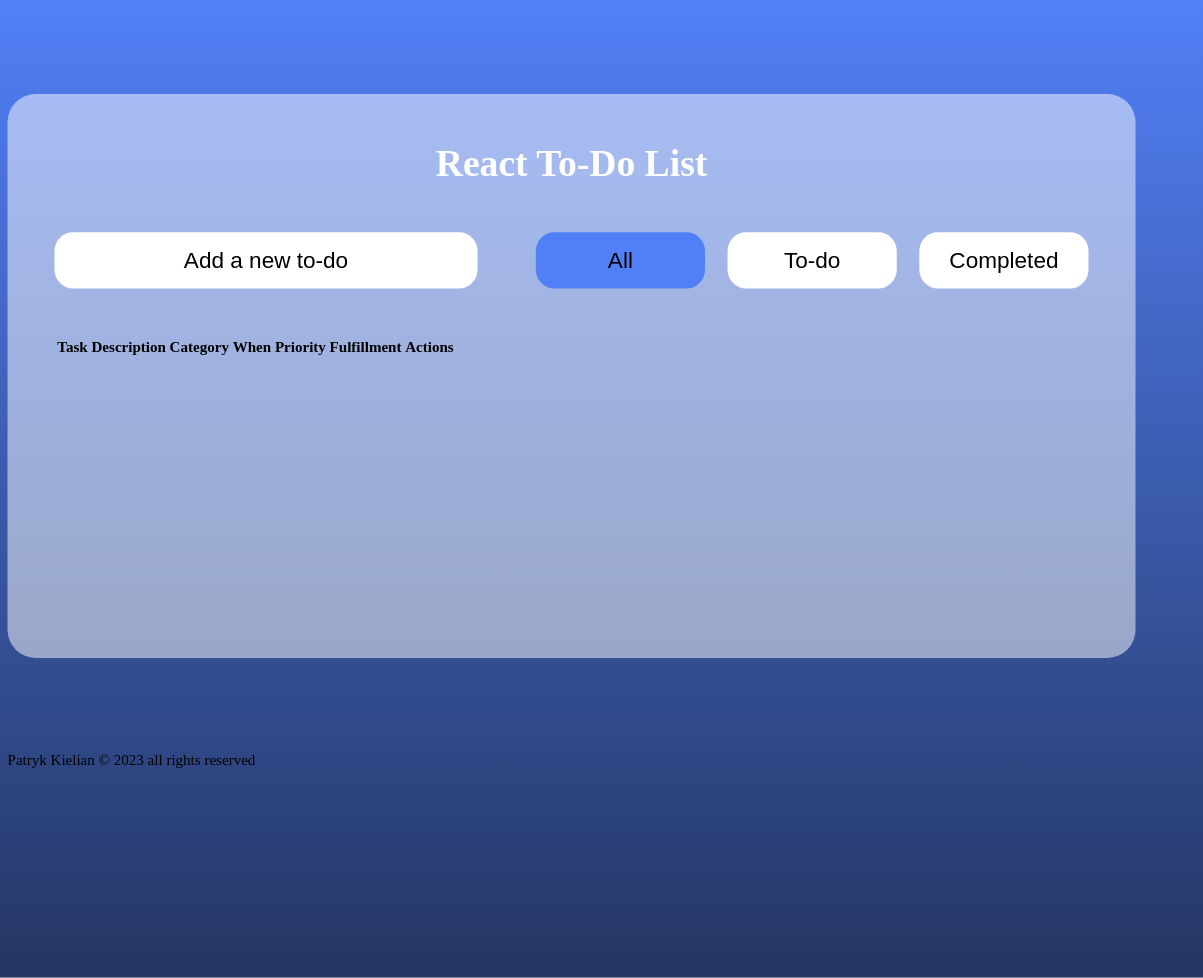
Repository: mirajane2/maquette-todo
Page: index.html
An editor plug-in stored every save of this project. The page is shown before and after the next save, followed by the edit.
The browser window is 1280 px wide. The pictures show the whole page, at 94% of full size.

Above is the page before, as saved 2024-11-13 11:21:06.

After the next save:
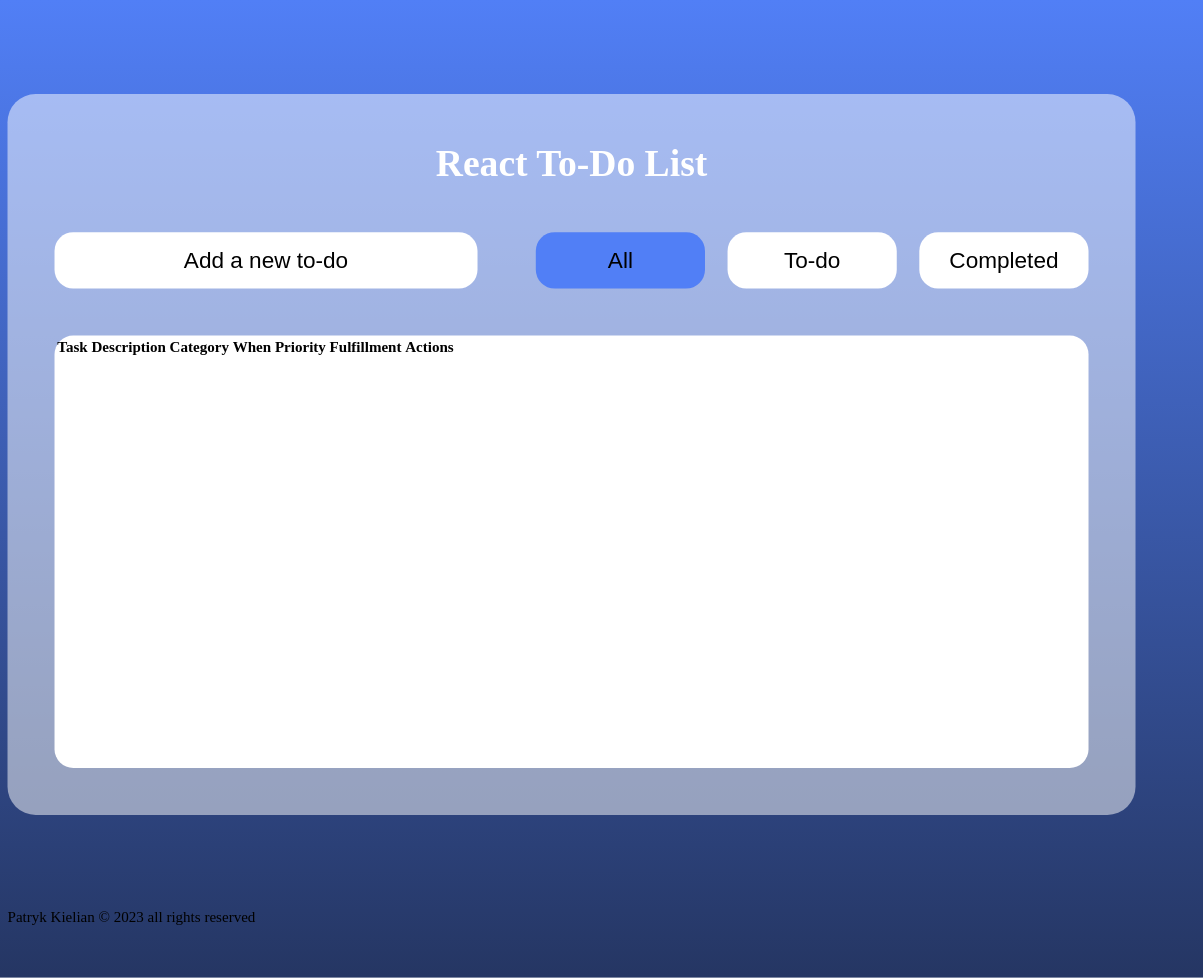
Saved 2 min 33 s later.
--- a/index.css
+++ b/index.css
@@ -63,3 +63,11 @@ html{
     border: none;
     margin-left: 20px;
 }
+
+.table{
+    background-color: #FFFFFF;
+    width: 1100px;
+    height: 460px;
+    border-radius: 20px;
+    border: none;
+}
